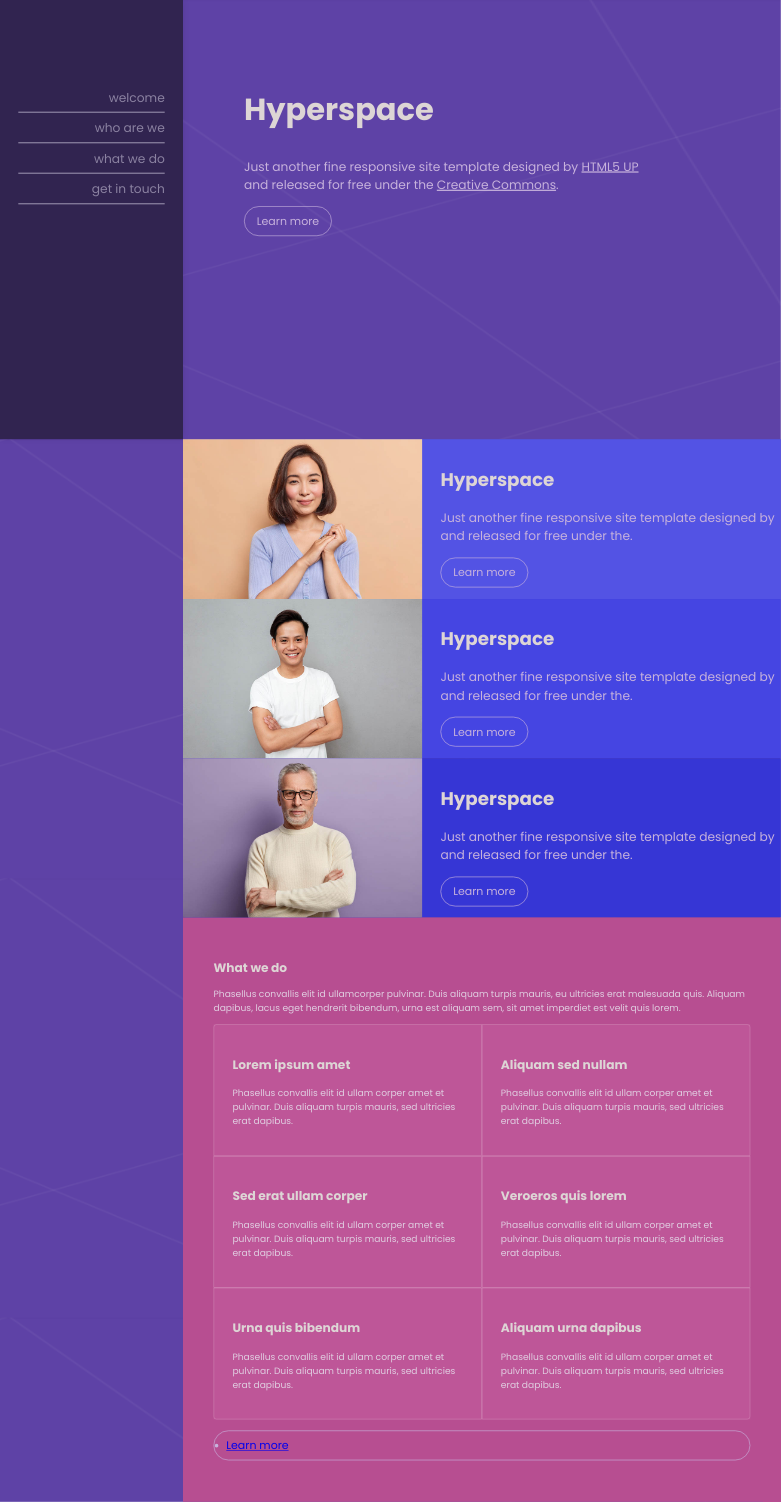
Repository: zai31/KIMIT_Tasks
Page: JsSession8/index.html
The author's editor kept a copy of each file at every save. The page is drawn from the files as they stood at one save, then again after the next save.
The browser window is 1280 px wide. The pictures show the whole page, at 61% of full size.
Backgrounds fixed to the window are drawn as part of the page.

Above is the page before, as saved 2025-09-15 21:08:33.

### JsSession8/index.html
<!DOCTYPE html>
<html lang="en">
<head>
    <meta charset="UTF-8">
    <meta name="viewport" content="width=device-width, initial-scale=1.0">
    <link rel="stylesheet" href="./css/style.css">
    <title>Responsive</title>
</head>

<body>
    <section  class="flex-section">
        <div class="menu">
        <ul>
            <li><a href="#">welcome</a></li>
            <li><a href="#">who are we</a></li>
            <li><a href="#">what we do</a></li>
            <li><a href="#">get in touch</a></li>
        </ul>
</div>
<div class="section">
    <div class="content">
      <div class="intro">
							<h1>Hyperspace</h1>
							<p>Just another fine responsive site template designed by <a href="https://html5up.net">HTML5 UP</a><br>
							and released for free under the <a href="https://html5up.net/license">Creative Commons</a>.</p>
							<button>Learn more</button>

						</div>
    <div class="overview">
        <div class="s" style="background-color: rgb(83, 83, 228);">
           <img src="./images/1.jpg" alt="">

							<div ><h1>Hyperspace</h1>
                                <p>Just another fine responsive site template designed by
							and released for free under the.</p>
							<button>Learn more</button></div>
        </div>
        <div class="s" style="background-color: rgb(69, 69, 226);">
            <img src="./images/2.jpg" alt="">
							<div >
                                           	<h1>Hyperspace</h1>
<p>Just another fine responsive site template designed by
							and released for free under the.</p>
							<button>Learn more</button></div>
        </div>
        <div class="s" style="background-color: rgb(54, 54, 213);">
            <img src="./images/3.jpg" alt="">
							<div >
                                           	<h1>Hyperspace</h1>
<p>Just another fine responsive site template designed by
							and released for free under the.</p>
							<button>Learn more</button></div>
        </div>
    <div class="what">
							<h2>What we do</h2>
							<p>Phasellus convallis elit id ullamcorper pulvinar. Duis aliquam turpis mauris, eu ultricies erat malesuada quis. Aliquam dapibus, lacus eget hendrerit bibendum, urna est aliquam sem, sit amet imperdiet est velit quis lorem.</p>
							<div class="features">
								<section style="border-radius:5px 0px 0px 0 ;">
									<span class="icon fa-code"></span>
									<h3>Lorem ipsum amet</h3>
									<p>Phasellus convallis elit id ullam corper amet et pulvinar. Duis aliquam turpis mauris, sed ultricies erat dapibus.</p>
								</section>
								<section style="border-radius:0 5px 0px 0 ;">
									<span class="icon  fa-lock"></span>
									<h3>Aliquam sed nullam</h3>
									<p>Phasellus convallis elit id ullam corper amet et pulvinar. Duis aliquam turpis mauris, sed ultricies erat dapibus.</p>
								</section>
								<section>
									<span class="icon  fa-cog"></span>
									<h3>Sed erat ullam corper</h3>
									<p>Phasellus convallis elit id ullam corper amet et pulvinar. Duis aliquam turpis mauris, sed ultricies erat dapibus.</p>
								</section>
								<section>
									<span class="icon  fa-desktop"></span>
									<h3>Veroeros quis lorem</h3>
									<p>Phasellus convallis elit id ullam corper amet et pulvinar. Duis aliquam turpis mauris, sed ultricies erat dapibus.</p>
								</section>
								<section style="border-radius:0 0px 0px 5px  ;">
									<span class="icon  fa-link"></span>
									<h3>Urna quis bibendum</h3>
									<p>Phasellus convallis elit id ullam corper amet et pulvinar. Duis aliquam turpis mauris, sed ultricies erat dapibus.</p>
								</section>
								<section style="border-radius:0 0px 5px 0 ;">
									<span class="icon  fa-gem" ></span>
									<h3>Aliquam urna dapibus</h3>
									<p>Phasellus convallis elit id ullam corper amet et pulvinar. Duis aliquam turpis mauris, sed ultricies erat dapibus.</p>
								</section>
							</div>
							<ul class="actions">
								<li><a href="generic.html" class="button">Learn more</a></li>
							</ul>

    </div>
                        </div>
                        </div>
                    </section>
</body>
</html>

### JsSession8/CSS/style.css
@import url("https://fonts.googleapis.com/css2?family=Poppins:ital,wght@0,100;0,200;0,300;0,400;0,500;0,600;0,700;0,800;0,900;1,100;1,200;1,300;1,400;1,500;1,600;1,700;1,800;1,900&display=swap");

* {
    box-sizing: border-box;
    font-family: "Poppins", sans-serif;
}

:root {
    --sidebar-color: #312450;
    --primary-color: #5e42a6;
    --secondary-color: #b74e91;
    --section-bg-color: #c7b2dc;
    --dark-color: #000000;
    --navbar-bg-color: #273053;
    --p-color: #717275;
    --highlight-icon-color: #ff0100;
    --main-transition: 0.5s all ease-in-out;
}


html,
body {
    height: 100%;
    margin: 0;
    padding: 0;
}

.flex-section {
    display: flex;
    flex-direction: row;

}

/*side bar*/
.flex-section .menu {
    min-height: 100vh;
    /* ensures sidebar spans at least the full screen */
    height: auto;
    /* lets it grow with content */
    width: 300px;
    top: 0;
    left: 0;
    position: fixed;
    background-color: var(--sidebar-color);
    padding: 145px 30px;
    box-shadow: 0 0 10px rgba(0, 0, 0, 0.1);
}

.flex-section .menu ul {
    list-style: none;
    padding: 0;
    margin: 0;
    text-align: right;
}

.flex-section .menu ul li {
    margin-bottom: 10px;
    font-size: 20px;
    position: relative;
    /* needed for ::after positioning */
    padding-bottom: 10px;
}

.flex-section .menu ul li a {
    text-decoration: none;
    color: #8b82a1;

}

.flex-section .menu ul li::after {
    content: "";
    position: absolute;
    left: 0;
    bottom: 0;
    width: 100%;
    /* stick to the bottom */
    height: 2px;
    background-color: #8b82a1;
    /* thickness of underline */
    transition: width 0.3s ease;
}

/*use js*/
.flex-section .menu ul li a:hover::after {
    width: 100%;
    /* expand underline on hover */
}


.flex-section .menu ul li a:hover {
    color: #b5b8bf;
}

.flex-section .menu ul li a:active {
    color: #5e42a6;
}

.flex-section .menu ul li a:active::after {
    background: linear-gradient(to right, #4b0082, #8b00ff, #981196);
}






/*content first section */
.flex-section .section {
    flex: 1;
    background-color: var(--section-bg-color);
    background-attachment: fixed;
    background-image: url("../assets/css/images/Screenshot\ 2025-09-15\ 075920.png");
    background-position: top right;
    background-repeat: no-repeat;
    background-size: 100% 100%;
    padding-left: 300px;
}

.flex-section .section .content {
    display: flex;
    flex-direction: column;
    width: 100%;
}

.flex-section .section .content .intro {
    padding: 100px;
    width: 100%;
    height: 100vh;
}

.flex-section .section .content .intro h1 {
    color: rgb(221, 213, 213);
    font-size: 50px;
}

.flex-section .section .content .intro p,
.flex-section .section .content .intro a {
    color: var(--section-bg-color);
    font-size: 20px;
}

.flex-section .section .content .intro a:hover {
    color: #fefefe;
    text-decoration: none;
}

.flex-section .section .content .intro button {
    color: var(--section-bg-color);
    background-color: transparent;
    border: 1px solid var(--section-bg-color);
    padding: 10px 20px;
    border-radius: 25px;
    cursor: pointer;
    text-decoration: none;
    font-size: 18px;
}

.flex-section .section .content .intro button:hover {
    background-color: #6f54b6;
}




/*content second section */

.flex-section .section .content .overview .s {
    display: flex;
    flex-direction: row;
    align-items: center;
    gap: 30px;
}

.flex-section .section .content .overview .s h1 {
    color: rgb(221, 213, 213);
    font-size: 30px;
}

.flex-section .section .content .overview .s p {
    color: var(--section-bg-color);
    font-size: 20px;
}

.flex-section .section .content .overview .s button {
    color: var(--section-bg-color);
    background-color: transparent;
    border: 1px solid var(--section-bg-color);
    padding: 10px 20px;
    border-radius: 25px;
    cursor: pointer;
    text-decoration: none;
    font-size: 18px;
}

.flex-section .section .content .overview .s button:hover {
    background-color: rgb(77, 77, 246);
}

.flex-section .section .content .overview .s img {
    width: 40%;
}

/*what section*/

.flex-section .section .content .what {
    padding: 50px;
    width: 100%;
    background-color: var(--secondary-color);
}

.flex-section .section .content .what h3,
.flex-section .section .content .what h2 {
    color: rgb(221, 213, 213);
    font-size: 20px;
}
.flex-section .section .content .what p {
    color: #e0cee1;
    font-size: 15px;
}

.flex-section .section .content .what .features{
    display: flex;
    flex-direction: row;
    flex-wrap: wrap;
    background-color: #be5698;


}
.flex-section .section .content .what .features section {
 flex: 1 1 50%;     /* grow/shrink, ~half width with gap */
 border: 0.5px solid rgba(255, 255, 255, 0.248);
 box-sizing: border-box;
 padding: 30px;

}
.flex-section .section .content .what .actions {
   color: var(--section-bg-color);
    background-color: transparent;
    border: 1px solid var(--section-bg-color);
    padding: 10px 20px;
    border-radius: 25px;
    cursor: pointer;
    text-decoration: none;
    font-size: 18px;
    width: 100%;
}

After the next save:
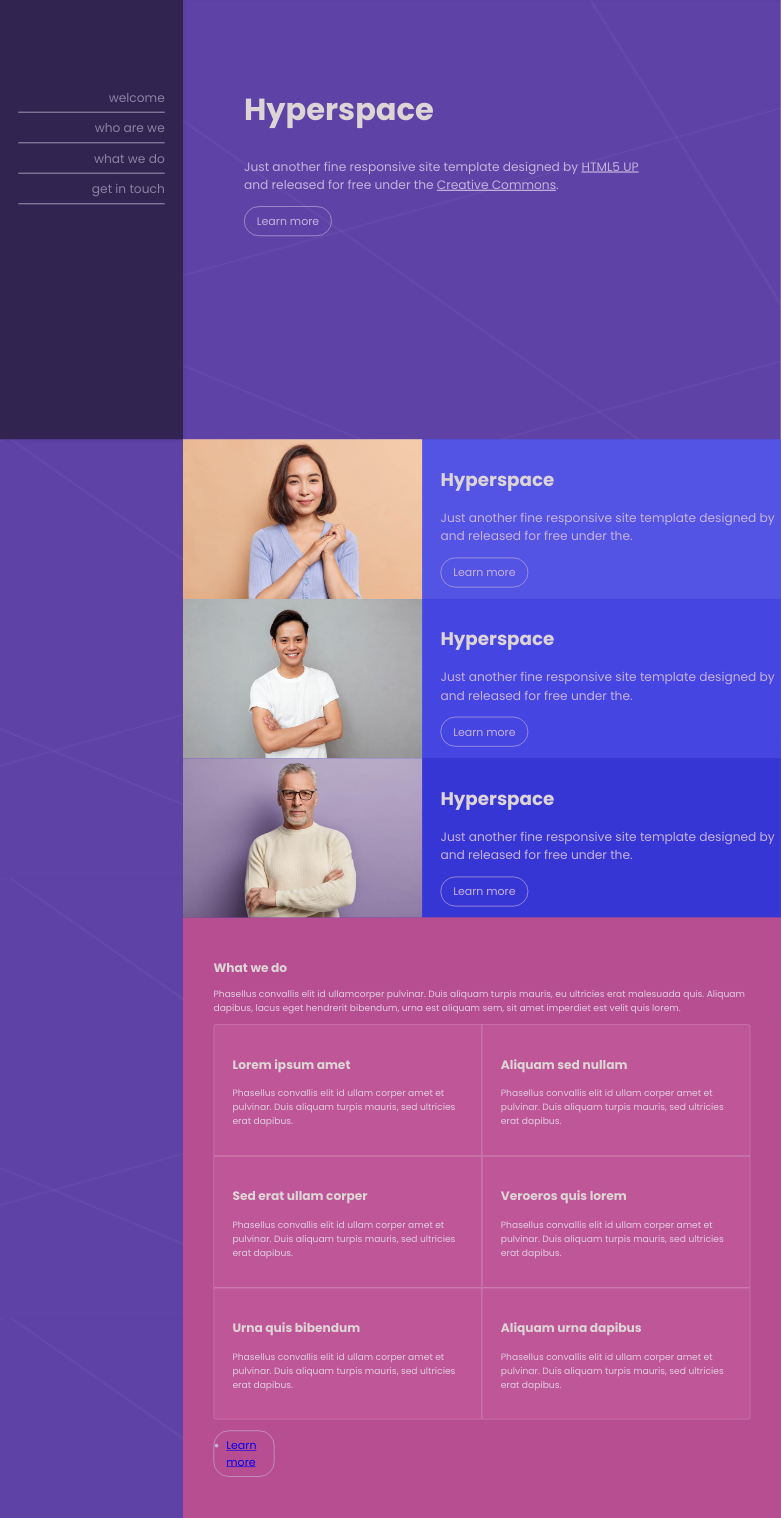
Saved 4 s later.
--- a/JsSession8/CSS/style.css
+++ b/JsSession8/CSS/style.css
@@ -242,5 +242,5 @@ body {
     cursor: pointer;
     text-decoration: none;
     font-size: 18px;
-    width: 100%;
-}
+    width: 100px;
+}
